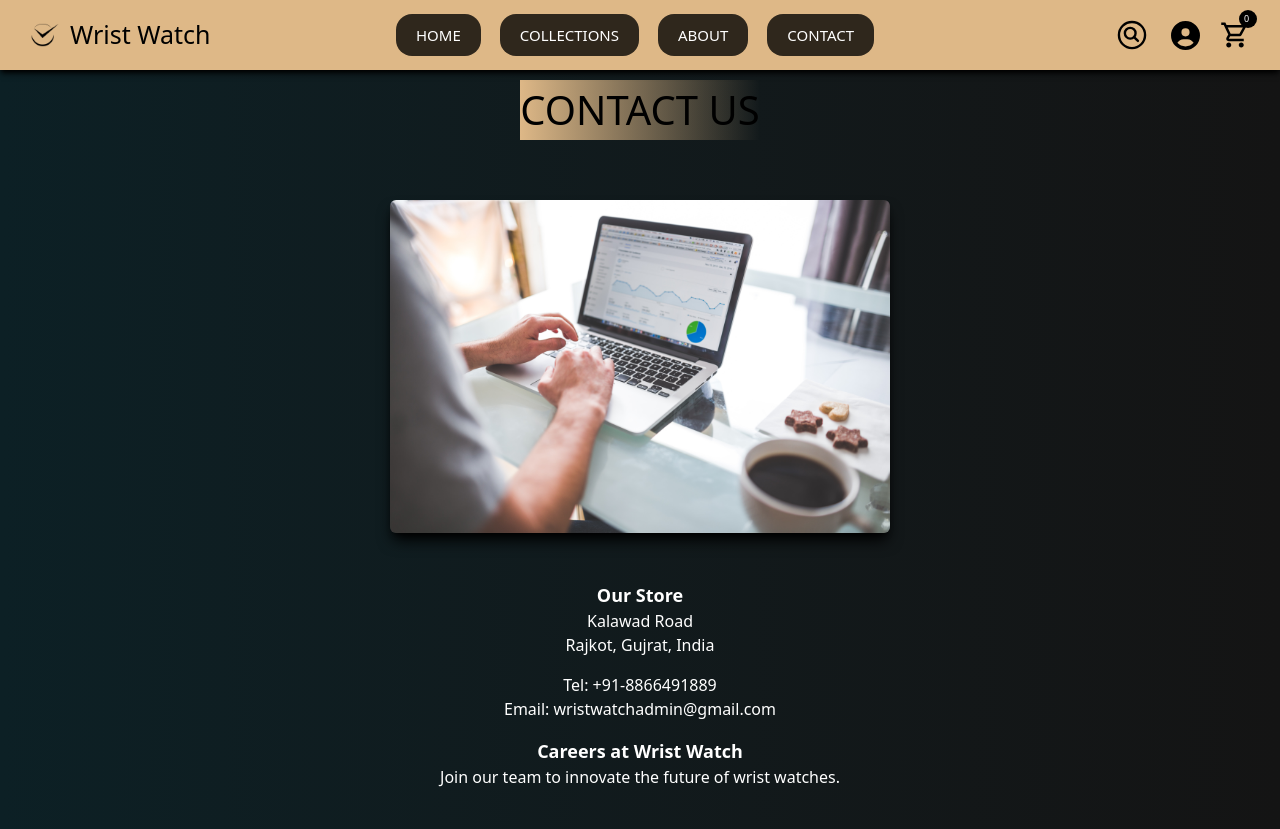
Repository: mansibhanushali/online_watch_ecommerce_mernstack_webapplication
Page: /contact (app in frontend/)
An editor plug-in stored every save of this project. The page is shown before and after the next save, followed by the edit.
The browser window is 1280 px wide. The pictures show the whole page.
The page's requests for data from a server got no answer. The project was rebuilt for these pictures with package versions that can differ from the ones it lists, and the page was loaded fresh each time. No one was signed in, and anything a server would have sent is missing. Also part of the build but not shown: frontend/vite.config.js, frontend/src/component/Loading.jsx, frontend/src/pages/Registration.jsx, frontend/src/component/Backgound.jsx, frontend/src/component/Card.jsx, frontend/src/component/LatestCollection.jsx, frontend/src/component/BestSeller.jsx, frontend/src/pages/Product.jsx and 12 more.

Above is the page before, as saved 2025-08-16 17:01:35.

### frontend/index.html
<!doctype html>
<html lang="en">
  <head>
    <meta charset="UTF-8" />
    <link rel="icon" type="image/svg+xml" href="\logo1.png" />
    <meta name="viewport" content="width=device-width, initial-scale=1.0" />
    <title>Wristwatch</title>
  </head>
  <body>
    <div id="root"></div>
    <script type="module" src="/src/main.jsx"></script>
  </body>
</html>

### frontend/src/main.jsx
// src/main.jsx
import React from 'react';
import { createRoot } from 'react-dom/client';
import { BrowserRouter } from 'react-router-dom';
import './index.css';

import App from './App.jsx';
import AuthContext from './context/authContext.jsx';
import UserContextProvider from './context/UserContext.jsx';
import ShopContext from './context/ShopContext.jsx';

createRoot(document.getElementById('root')).render(
  <React.StrictMode>
    <BrowserRouter>
      <AuthContext>
        <UserContextProvider>
          <ShopContext>
            <App />
          </ShopContext>
        </UserContextProvider>
      </AuthContext>
    </BrowserRouter>
  </React.StrictMode>
);

### frontend/src/index.css
@import "tailwindcss";

body {
  @apply bg-white min-h-screen;
}

### frontend/src/App.jsx
import React, { useContext } from 'react';
import { Navigate, Route, Routes, useLocation } from 'react-router-dom';
import Registration from './pages/Registration';
import Home from './pages/Home';
import Login from './pages/Login';
import Nav from './component/Nav';
import { userDataContext } from './context/UserContext';
import About from './pages/About';
import Collections from './pages/Collections';
import Product from './pages/Product';
import Contact from './pages/Contact';
import ProductDetail from './pages/ProductDetail';
import Cart from './pages/Cart';
import PlaceOrder from './pages/PlaceOrder';
import Order from './pages/Order';
import { ToastContainer } from 'react-toastify';
import NotFound from './pages/NotFound';

function App() {
  const { userData } = useContext(userDataContext);
  const location = useLocation();

  // Protected route wrapper
  const ProtectedRoute = (Component) => {
    return userData ? (
      Component
    ) : (
      <Navigate to="/login" state={{ from: location.pathname }} />
    );
  };

  return (
    <>
      <ToastContainer />
      <Nav />
      <Routes>
        {/* Public Routes */}
        <Route path="/" element={<Home />} />
        <Route path="/about" element={<About />} />
        <Route path="/collection" element={<Collections />} />
        <Route path="/collection/:category" element={<Collections />} />
        <Route path="/product" element={<Product />} />
        <Route path="/contact" element={<Contact />} />

        {/* Auth Routes */}
        <Route
          path="/login"
          element={
            userData ? (
              <Navigate to={location.state?.from || '/'} />
            ) : (
              <Login />
            )
          }
        />
        <Route
          path="/signup"
          element={
            userData ? (
              <Navigate to={location.state?.from || '/'} />
            ) : (
              <Registration />
            )
          }
        />

        {/* Protected Routes */}
        <Route
          path="/productdetail/:productId"
          element={ProtectedRoute(<ProductDetail />)}
        />
        <Route path="/cart" element={ProtectedRoute(<Cart />)} />
        <Route path="/placeorder" element={ProtectedRoute(<PlaceOrder />)} />
        <Route path="/order" element={ProtectedRoute(<Order />)} />

        {/* 404 Fallback */}
        <Route path="*" element={<NotFound />} />
      </Routes>
    </>
  );
}

export default App;

### frontend/src/context/AuthContext.jsx
// src/context/AuthContext.jsx
import React, { createContext, useReducer, useEffect } from "react";
import axios from "axios";

const initialState = {
  user: null,
  token: null,
  isAuthenticated: false,
};

function reducer(state, action) {
  switch (action.type) {
    case "LOGIN":
      return {
        ...state,
        user: action.payload.user,
        token: action.payload.token,
        isAuthenticated: true,
      };
    case "LOGOUT":
      return initialState;
    default:
      return state;
  }
}

export const authDataContext = createContext();

function AuthContext({ children }) {
  const serverUrl = "http://localhost:8000";

  const [state, dispatch] = useReducer(reducer, initialState, () => {
    const token = localStorage.getItem("token");
    const user = localStorage.getItem("user");
    return token && user
      ? { token, user: JSON.parse(user), isAuthenticated: true }
      : initialState;
  });

  // axios defaults setup (runs whenever token changes)
  useEffect(() => {
    axios.defaults.baseURL = serverUrl;
    axios.defaults.withCredentials = true;

    if (state.token) {
      axios.defaults.headers.common["Authorization"] = `Bearer ${state.token}`;
      localStorage.setItem("token", state.token);
      localStorage.setItem("user", JSON.stringify(state.user));
    } else {
      delete axios.defaults.headers.common["Authorization"];
      localStorage.removeItem("token");
      localStorage.removeItem("user");
    }
  }, [state.token, state.user]);

  // Fetch current user from backend
  const fetchCurrentUser = async (token) => {
    try {
      const res = await axios.get("/api/user/getcurrentuser", {
        headers: { Authorization: `Bearer ${token}` }
      });
      return res.data;
    } catch (err) {
      console.error("Fetch current user error:", err.response?.data || err.message);
      return null;
    }
  };

  // Login and fetch user
  const login = async ({ token }) => {
    const user = await fetchCurrentUser(token);
    if (user) {
      dispatch({ type: "LOGIN", payload: { token, user } });
    }
  };

  const logout = () => dispatch({ type: "LOGOUT" });

  // Auto login when page refreshes
  useEffect(() => {
    const autoLogin = async () => {
      if (state.token && !state.user) {
        const user = await fetchCurrentUser(state.token);
        if (user) {
          dispatch({ type: "LOGIN", payload: { token: state.token, user } });
        }
      }
    };
    autoLogin();
  }, []);

  return (
    <authDataContext.Provider value={{ serverUrl, ...state, login, logout }}>
      {children}
    </authDataContext.Provider>
  );
}

export default AuthContext;

### frontend/src/context/UserContext.jsx
// src/context/UserContext.jsx
import React, { createContext, useContext, useEffect, useState } from 'react';
import { authDataContext } from './AuthContext';
import axios from 'axios';

export const userDataContext = createContext();

function UserContextProvider({ children }) {
  const [userData, setUserData] = useState(null);
  const { serverUrl } = useContext(authDataContext);

  const getCurrentUser = async () => {
    try {
      // ✅ Cookie-based request
      const result = await axios.get(`${serverUrl}/api/user/getcurrentuser`, {
        withCredentials: true, // Cookie automatically send होगी
      });

      if (result.data?.success) {
        setUserData(result.data.user);
      } else {
        setUserData(null);
      }
    } catch (error) {
      setUserData(null);
      console.error("getCurrentUser error:", error);
    }
  };

  // 🔹 Page load pe call
  useEffect(() => {
    getCurrentUser();
  }, []);

  return (
    <userDataContext.Provider value={{ userData, setUserData, getCurrentUser }}>
      {children}
    </userDataContext.Provider>
  );
}

export default UserContextProvider;

### frontend/src/context/ShopContext.jsx
import React, { createContext, useContext, useEffect, useState, useCallback } from 'react';
import { authDataContext } from './authContext';
import { userDataContext } from './UserContext';
import axios from 'axios';
import { toast } from 'react-toastify';

export const shopDataContext = createContext();

function ShopContextProvider({ children }) {
  const [products, setProducts] = useState([]);
  const [search, setSearch] = useState('');
  const { userData } = useContext(userDataContext);
  const [showSearch, setShowSearch] = useState(false);
  const { serverUrl } = useContext(authDataContext);
  const [cartItem, setCartItem] = useState({});
  const [loading, setLoading] = useState(false);
  const [token, setToken] = useState(localStorage.getItem("token") || "");

  const currency = '₹';
  const delivery_fee = 40;

  // token sync
  useEffect(() => {
    const savedToken = localStorage.getItem("token");
    if (savedToken) {
      setToken(savedToken);
    }
  }, []);

  // ✅ Get products
  const getProducts = useCallback(async () => {
    if (!serverUrl) return;
    try {
      const result = await axios.get(`${serverUrl}/api/product/list`);
      setProducts(result.data);
    } catch (error) {
      console.error("Get Products Error:", error);
    }
  }, [serverUrl]);

  // ✅ Add to cart
  const addtoCart = async (itemId) => {
    let cartData = structuredClone(cartItem);
    cartData[itemId] = (cartData[itemId] || 0) + 1;
    setCartItem(cartData);

    if (userData && token) {
      setLoading(true);
      try {
        await axios.post(
          `${serverUrl}/api/cart/add`,
          { itemId },
          {
            headers: { Authorization: `Bearer ${token}` },
            withCredentials: true
          }
        );
      } catch (error) {
        console.error(error);
        toast.error("Add Cart Error");
      } finally {
        setLoading(false);
      }
    }
  };

  // ✅ Get user cart
  const getUserCart = useCallback(async () => {
    if (!token || !serverUrl) return;
    try {
      const result = await axios.post(
        `${serverUrl}/api/cart/get`,
        {},
        {
          headers: { Authorization: `Bearer ${token}` },
          withCredentials: true
        }
      );
      setCartItem(result.data || {});
    } catch (error) {
      console.error("Get User Cart Error:", error);
    }
  }, [serverUrl, token]);

  // ✅ Update cart item quantity
  const updateQuantity = async (itemId, quantity) => {
    let cartData = structuredClone(cartItem);
    cartData[itemId] = quantity;
    setCartItem(cartData);

    if (userData && token) {
      try {
        await axios.post(
          `${serverUrl}/api/cart/update`,
          { itemId, quantity },
          {
            headers: { Authorization: `Bearer ${token}` },
            withCredentials: true
          }
        );
      } catch (error) {
        console.error(error);
      }
    }
  };

  // ✅ Total cart items count
  const getCartCount = () => {
    return Object.values(cartItem).reduce((acc, qty) => acc + qty, 0);
  };

  // ✅ Total cart amount
  const getCartAmount = () => {
    let totalAmount = 0;
    for (const itemId in cartItem) {
      let itemInfo = products.find((product) => product._id === itemId);
      if (itemInfo && cartItem[itemId] > 0) {
        totalAmount += itemInfo.price * cartItem[itemId];
      }
    }
    return totalAmount;
  };

  // Fetch products and cart
  useEffect(() => {
    getProducts();
  }, [getProducts]);

  useEffect(() => {
    getUserCart();
  }, [getUserCart]);

  let value = {
    products,
    currency,
    delivery_fee,
    getProducts,
    search,
    setSearch,
    showSearch,
    setShowSearch,
    cartItem,
    addtoCart,
    getCartCount,
    setCartItem,
    updateQuantity,
    getCartAmount,
    loading,
    serverUrl,
    setToken,
    token
  };

  return (
    <shopDataContext.Provider value={value}>
      {children}
    </shopDataContext.Provider>
  );
}

export default ShopContextProvider;

### frontend/src/component/Nav.jsx
import React, { useContext, useState, useEffect, useRef } from 'react'
import logo from '../assets/logo.png'
import { IoSearchCircleOutline, IoSearchCircleSharp } from "react-icons/io5";
import { FaCircleUser } from "react-icons/fa6";
import { MdOutlineShoppingCart } from "react-icons/md";
import { userDataContext } from '../context/UserContext';
import { useNavigate } from 'react-router-dom';
import { IoMdHome } from "react-icons/io";
import { HiOutlineCollection } from "react-icons/hi";
import { MdContacts } from "react-icons/md";
import axios from 'axios';
import { authDataContext } from '../context/authContext';
import { shopDataContext } from '../context/ShopContext';

function Nav() {
  const { userData } = useContext(userDataContext)
  const { serverUrl } = useContext(authDataContext)
  const { showSearch, setShowSearch, search, setSearch, getCartCount } = useContext(shopDataContext)
  const [showProfile, setShowProfile] = useState(false)
  const [showNav, setShowNav] = useState(true)
  const [lastScrollY, setLastScrollY] = useState(0)
  const [showCollectionMenu, setShowCollectionMenu] = useState(false)
  const navigate = useNavigate()
  const collectionRef = useRef()

  // Scroll hide logic
  useEffect(() => {
    const handleScroll = () => {
      const currentScrollY = window.scrollY;
      if (currentScrollY > lastScrollY) {
        setShowNav(false);
      } else {
        setShowNav(true);
      }
      setLastScrollY(currentScrollY);
    };
    window.addEventListener("scroll", handleScroll);
    return () => window.removeEventListener("scroll", handleScroll);
  }, [lastScrollY]);

  // Close collection menu when clicked outside
  useEffect(() => {
    const handleClickOutside = (event) => {
      if (collectionRef.current && !collectionRef.current.contains(event.target)) {
        setShowCollectionMenu(false)
      }
    }
    document.addEventListener("mousedown", handleClickOutside)
    return () => document.removeEventListener("mousedown", handleClickOutside)
  }, [])

  const handleLogout = async () => {
    try {
      const result = await axios.get(serverUrl + "/api/auth/logout", { withCredentials: true })
      console.log(result.data)
      navigate("/login")
    } catch (error) {
      console.log(error)
    }
  }

  return (
    <div
      className='w-[100vw] h-[70px] bg-[burlywood] z-10 fixed flex items-center justify-between px-[30px] shadow-md shadow-black transition-all duration-300'
      style={{ top: showNav ? '0' : '-100px' }}
    >
      <div className='w-[20%] lg:w-[30%] flex items-center justify-start gap-[10px] '>
        <img src={logo} alt="" className='w-[30px]' />
        <h1 className='text-[25px] text-[black] font-sans '>Wrist Watch</h1>
      </div>

      <div className='w-[50%] lg:w-[40%] hidden md:flex'>
        <ul className='flex items-center justify-center gap-[19px] text-[white] '>
          <li className='text-[15px] hover:bg-slate-500 cursor-pointer bg-[#000000c9] py-[10px] px-[20px] rounded-2xl' onClick={() => navigate("/")}>HOME</li>

          {/* COLLECTIONS with Submenu */}
          <li className='relative' ref={collectionRef}>
            <button
              className='text-[15px] hover:bg-slate-500 cursor-pointer bg-[#000000c9] py-[10px] px-[20px] rounded-2xl'
              onClick={() => setShowCollectionMenu(prev => !prev)}
            >
              COLLECTIONS
            </button>

            {showCollectionMenu && (
              <ul className='absolute top-full left-0 mt-2 bg-white border rounded-lg shadow-md text-black w-[150px] z-10'>
                <li className='px-4 py-2 hover:bg-gray-100 cursor-pointer' onClick={() => { navigate("/collection/men"); setShowCollectionMenu(false) }}>Men</li>
                <li className='px-4 py-2 hover:bg-gray-100 cursor-pointer' onClick={() => { navigate("/collection/women"); setShowCollectionMenu(false) }}>Women</li>
                <li className='px-4 py-2 hover:bg-gray-100 cursor-pointer' onClick={() => { navigate("/collection/kids"); setShowCollectionMenu(false) }}>Kids</li>
              </ul>
            )}
          </li>

          <li className='text-[15px] hover:bg-slate-500 cursor-pointer bg-[#000000c9] py-[10px] px-[20px] rounded-2xl' onClick={() => navigate("/about")}>ABOUT</li>
          <li className='text-[15px] hover:bg-slate-500 cursor-pointer bg-[#000000c9] py-[10px] px-[20px] rounded-2xl' onClick={() => navigate("/contact")}>CONTACT</li>
        </ul>
      </div>

      <div className='w-[30%] flex items-center justify-end gap-[20px]'>
        {!showSearch && <IoSearchCircleOutline className='w-[38px] h-[38px] text-[#000000]  cursor-pointer' onClick={() => { setShowSearch(prev => !prev); navigate("/collection") }} />}
        {showSearch && <IoSearchCircleSharp className='w-[38px] h-[38px] text-[#000000]  cursor-pointer' onClick={() => setShowSearch(prev => !prev)} />}
        {!userData && <FaCircleUser className='w-[29px] h-[29px] text-[#000000]  cursor-pointer' onClick={() => setShowProfile(prev => !prev)} />}
        {userData && <div className='w-[30px] h-[30px] bg-[#080808] text-[white] rounded-full flex items-center justify-center cursor-pointer' onClick={() => setShowProfile(prev => !prev)}>{userData?.name.slice(0, 1)}</div>}
        <MdOutlineShoppingCart className='w-[30px] h-[30px] text-[#000000]  cursor-pointer hidden md:block' onClick={() => navigate("/cart")} />
        <p className='absolute w-[18px] h-[18px] items-center  justify-center bg-black px-[5px] py-[2px] text-white  rounded-full text-[9px] top-[10px] right-[23px] hidden md:block'>{getCartCount()}</p>
      </div>

      {showSearch && (
        <div className='w-[100%]  h-[80px] bg-[burlywood] absolute top-[100%] left-0 right-0 flex items-center justify-center'>
          <input type="text" className='lg:w-[50%] w-[80%] h-[60%] bg-[burlywood] rounded-[30px] px-[50px] placeholder:text-white text-[white] text-[18px] border-2 border-black' placeholder='Search Here' onChange={(e) => { setSearch(e.target.value) }} value={search} />
        </div>
      )}

      {showProfile && (
        <div className='absolute w-[220px] h-[150px] bg-[white] top-[110%] right-[4%] border-[1px] border-[black] rounded-[10px] z-10'>
          <ul className='w-[100%] h-[100%] flex items-start justify-around flex-col text-[17px] py-[10px] text-[black]'>
            {!userData && <li className='w-[100%] hover:bg-[#burlywood]  px-[15px] py-[10px] cursor-pointer' onClick={() => { navigate("/login"); setShowProfile(false) }}>Login</li>}
            {userData && <li className='w-[100%] hover:bg-[#burlywood]  px-[15px] py-[10px] cursor-pointer' onClick={() => { handleLogout(); setShowProfile(false) }}>LogOut</li>}
            <li className='w-[100%] hover:bg-[#burlywood]  px-[15px] py-[10px] cursor-pointer' onClick={() => { navigate("/order"); setShowProfile(false) }} >Orders</li>
            <li className='w-[100%] hover:bg-[#burlywood]  px-[15px] py-[10px] cursor-pointer' onClick={() => { navigate("/about"); setShowProfile(false) }} >About</li>
          </ul>
        </div>
      )}

      {/* Mobile Bottom Nav */}
      <div className='w-[100vw] h-[90px] flex items-center justify-between px-[20px] text-[12px] fixed bottom-0 left-0 bg-[burlywood] md:hidden'>
        <button className='text-[black] flex items-center justify-center flex-col gap-[2px]' onClick={() => navigate("/")}><IoMdHome className='w-[28px] h-[28px] text-[black] md:hidden' /> Home</button>
        <button className='text-[black] flex items-center justify-center flex-col gap-[2px]' onClick={() => navigate("collection")}><HiOutlineCollection className='w-[28px] h-[28px] text-[black] md:hidden' /> Collections</button>
        <button className='text-[black] flex items-center justify-center flex-col gap-[2px] ' onClick={() => navigate("/contact")}><MdContacts className='w-[28px] h-[28px] text-[black] md:hidden' />Contact</button>
        <button className='text-[black] flex items-center justify-center flex-col gap-[2px]' onClick={() => navigate("/cart")}><MdOutlineShoppingCart className='w-[28px] h-[28px] text-[black] md:hidden' /> Cart</button>
        <p className='absolute w-[18px] h-[18px] flex items-center justify-center bg-burlywood px-[5px] py-[2px] text-black font-semibold  rounded-full text-[9px] top-[8px] right-[18px]'>{getCartCount()}</p>
      </div>
    </div>
  )
}

export default Nav

### frontend/src/pages/Contact.jsx
import React from 'react';
import Title from '../component/Title';
import contact from "../assets/contact.jpg";

function Contact() {
  return (
    <div className='w-full min-h-screen flex flex-col items-center justify-center bg-gradient-to-l from-[#141414] to-[#0c2025] pt-20 pb-10 gap-12'>

      <Title text1="CONTACT" text2="US" />

      {/* Image */}
      <img
        src={contact}
        alt="contact"
        className='w-[80%] max-w-[500px] rounded-md shadow-lg shadow-black'
      />

      {/* Text Info */}
      <div className='text-center text-white space-y-4'>
        <div>
          <p className='font-bold text-lg'>Our Store</p>
          <p>Kalawad Road</p>
          <p>Rajkot, Gujrat, India</p>
        </div>

        <div>
          <p>Tel: +91-8866491889</p>
          <p>Email: wristwatchadmin@gmail.com</p>
        </div>

        <div>
          <p className='font-bold text-lg'>Careers at Wrist Watch</p>
          <p>Join our team to innovate the future of wrist watches.</p>
        </div>
      </div>
    </div>
  );
}

export default Contact;

### frontend/src/component/Title.jsx
import React from 'react'

function Title({text1 ,text2}) {
  return (
    <div className='inline-flex gap-2 items-center text-center mb-3 text-[35px] md:text-[40px] bg-gradient-to-l from-[burlwood] to-[burlywood]'>
        <p className='text-black'>{text1} <span className='text-[black] '>{text2}</span></p>

    </div>
  )
}

export default Title

After the next save:
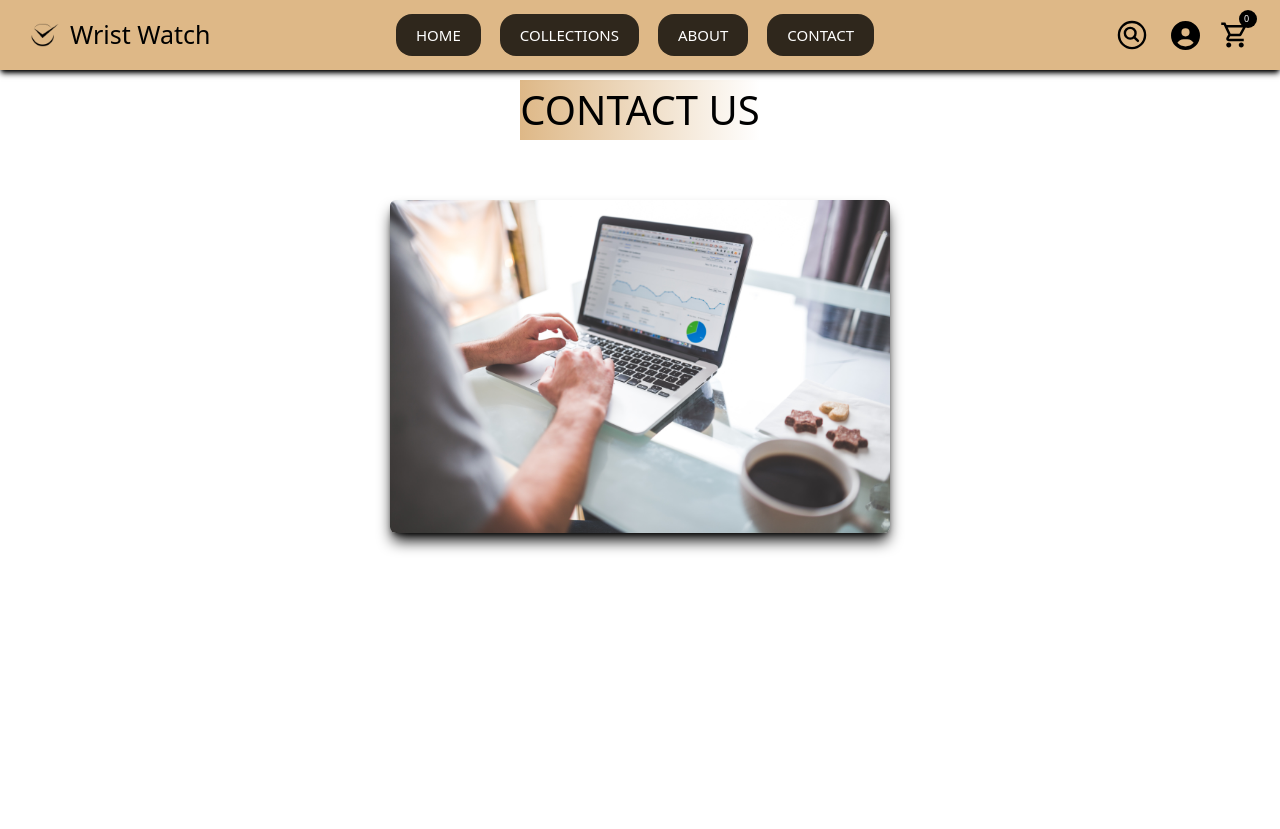
Saved 26 s later.
--- a/frontend/src/pages/Contact.jsx
+++ b/frontend/src/pages/Contact.jsx
@@ -4,7 +4,7 @@ import contact from "../assets/contact.jpg";
 
 function Contact() {
   return (
-    <div className='w-full min-h-screen flex flex-col items-center justify-center bg-gradient-to-l from-[#141414] to-[#0c2025] pt-20 pb-10 gap-12'>
+    <div className='w-full min-h-screen flex flex-col items-center justify-center bg-gradient-to-l from-[burlwood] to-[#burlywood] pt-20 pb-10 gap-12'>
 
       <Title text1="CONTACT" text2="US" />
 
